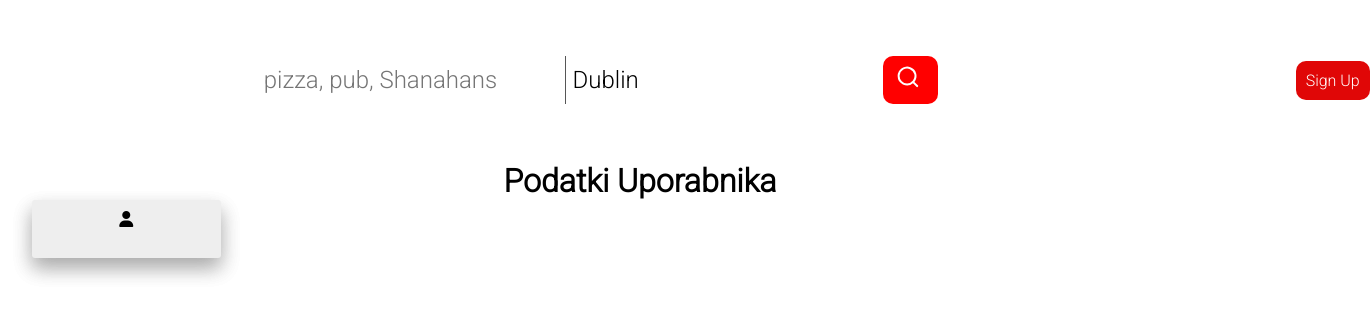
Repository: DomenJ2003/project1
Page: /user
An editor plug-in stored every save of this project. The page is shown before and after the next save, followed by the edit.
The browser window is 1280 px wide. The page is 1370 px wide, so the pictures cover 1370 px, including what lies to the right of the window. The pictures show the whole page.
The page's requests for data from a server got no answer. Some web libraries are served in a nearby version. The project was rebuilt for these pictures with package versions that can differ from the ones it lists, and the page was loaded fresh each time. No one was signed in, and anything a server would have sent is missing. Also part of the build but not shown: vite.config.js, src/Components/Sections/HeroSection.css, src/Components/Sections/HeroSection.jsx, src/Components/Sections/HomePageContent.jsx, src/Components/Pages/HomePage.jsx, src/Components/Pages/HelpPage.jsx.

Above is the page before, as saved 2022-08-20 21:53:32.

After the next save:
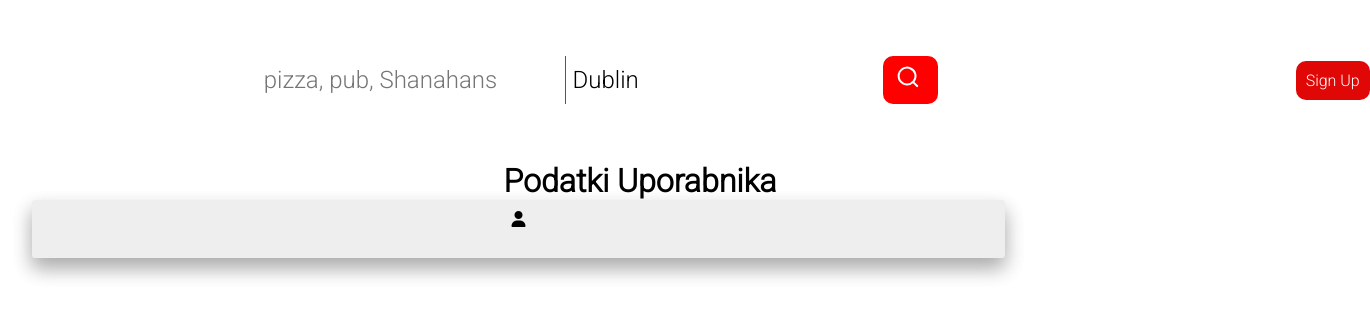
Saved 11 s later.
--- a/src/Components/Pages/UserPage.jsx
+++ b/src/Components/Pages/UserPage.jsx
@@ -33,7 +33,7 @@
   return (
     <>
       <h1>Podatki Uporabnika</h1>
-      <div className="cards-container">
+      <div className="solo-card-container">
         <Card
           key={1}
           image={cardData.image}
